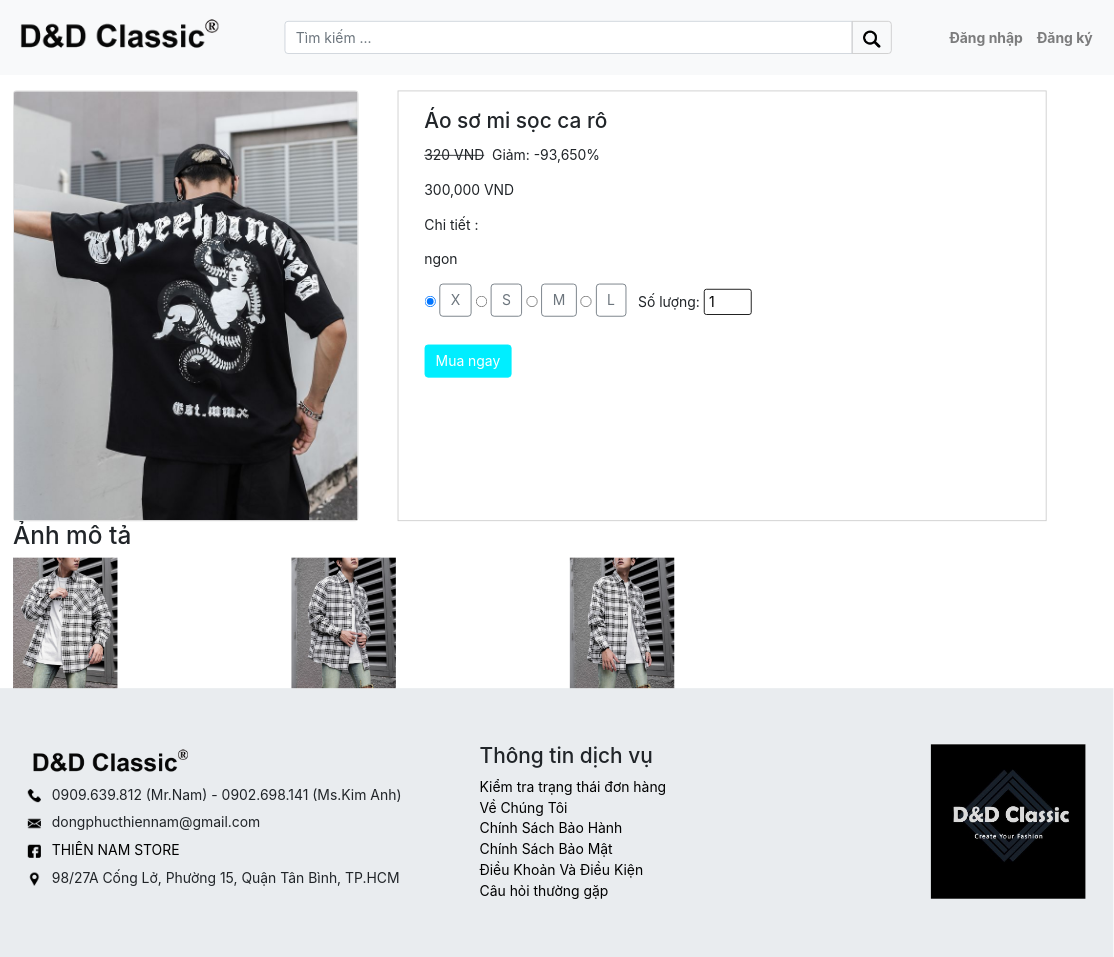
Repository: tungcutte35/D-D_Classic
Page: http://localhost/?pages=chitietsanpham&sanpham=28
The author's editor kept a copy of each file at every save. The page is drawn from the files as they stood at one save, then again after the next save.
The browser window is 1280 px wide. The pictures show the whole page, at 87% of full size.
The page is run by PHP 8.4 with error messages shown; the project is at /var/www/html/. The database holds what the project's SQL file puts in it.

Above is the page before, as saved 2023-10-25 15:21:01.

After the next save:
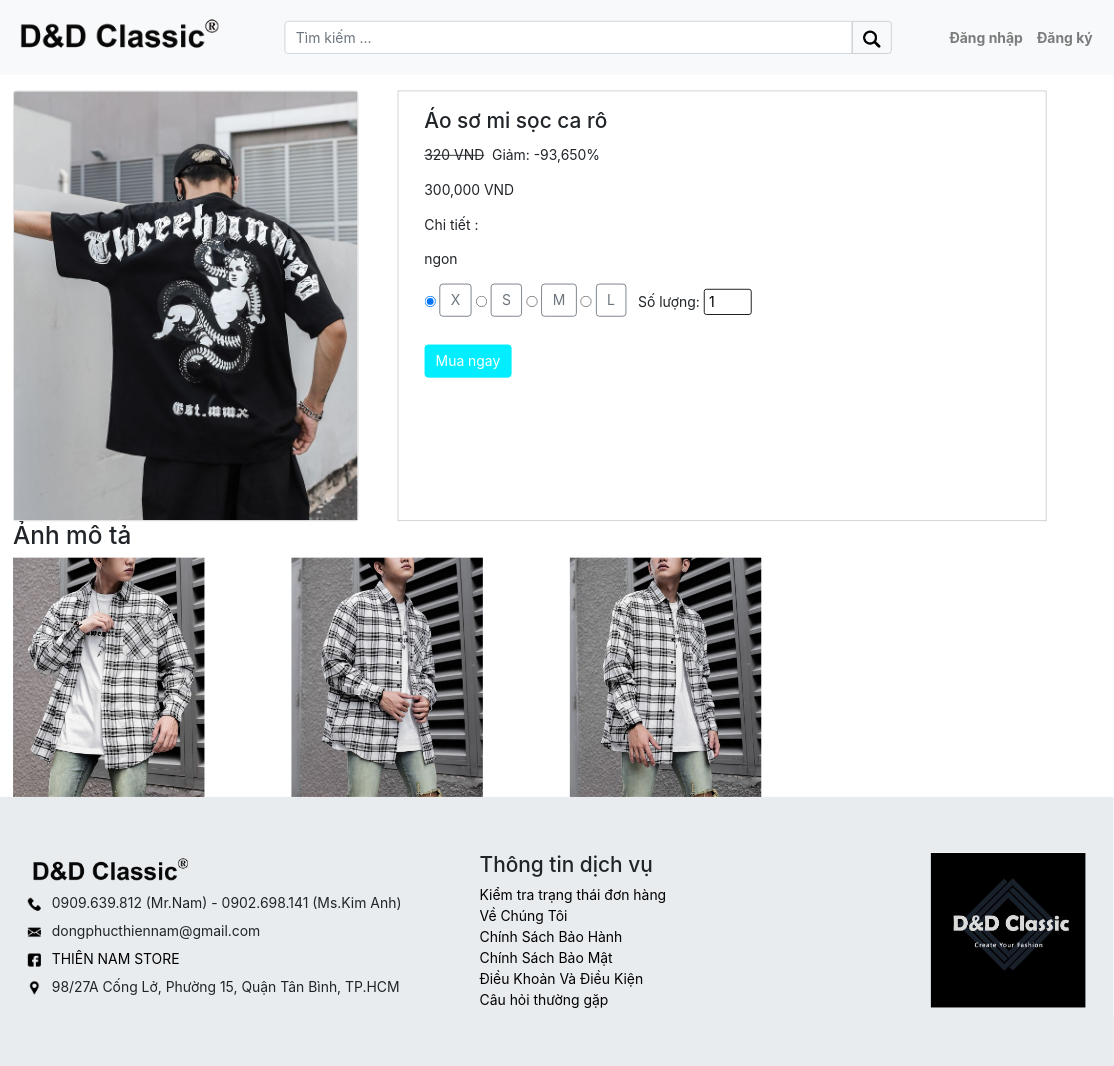
Saved 5 s later.
--- a/include/chitiet.php
+++ b/include/chitiet.php
@@ -156,7 +156,7 @@
         <div class="row ne">
             <?php foreach ($img_pro as $key => $value) {   ?>
                 <div class="col-sm-3">
-                    <img src="uploads/<?php echo $value['anh_mota'] ?>" width="120px" alt="">
+                    <img src="uploads/<?php echo $value['anh_mota'] ?>" width="220px" alt="">
                 </div>
             <?php } ?>
 
